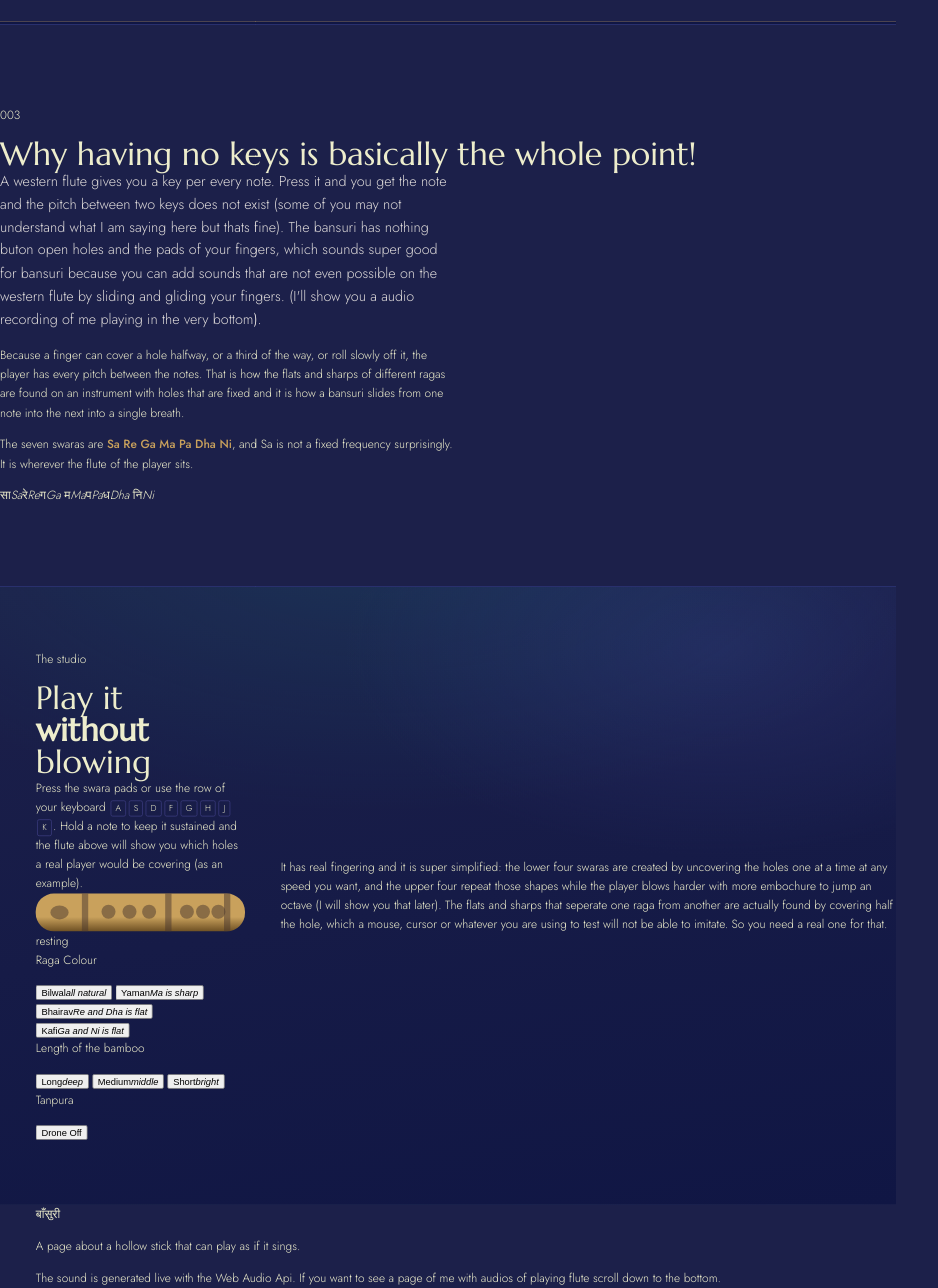
Repository: manayparikh1/Bansi
Page: index.html
These files come from the project's save history. The page is drawn as it stood at one moment and after the next save; the edit follows.
The browser window is 1280 px wide. The page is 1340 px wide, so the pictures cover 1340 px, including what lies to the right of the window. The pictures show the part of the page from y = 4208 to 6048 px (the page is 6048 px tall before and 5908 px after), at 70% of full size.

Above is the page before, as saved 2026-09-21 15:19:25.

After the next save:
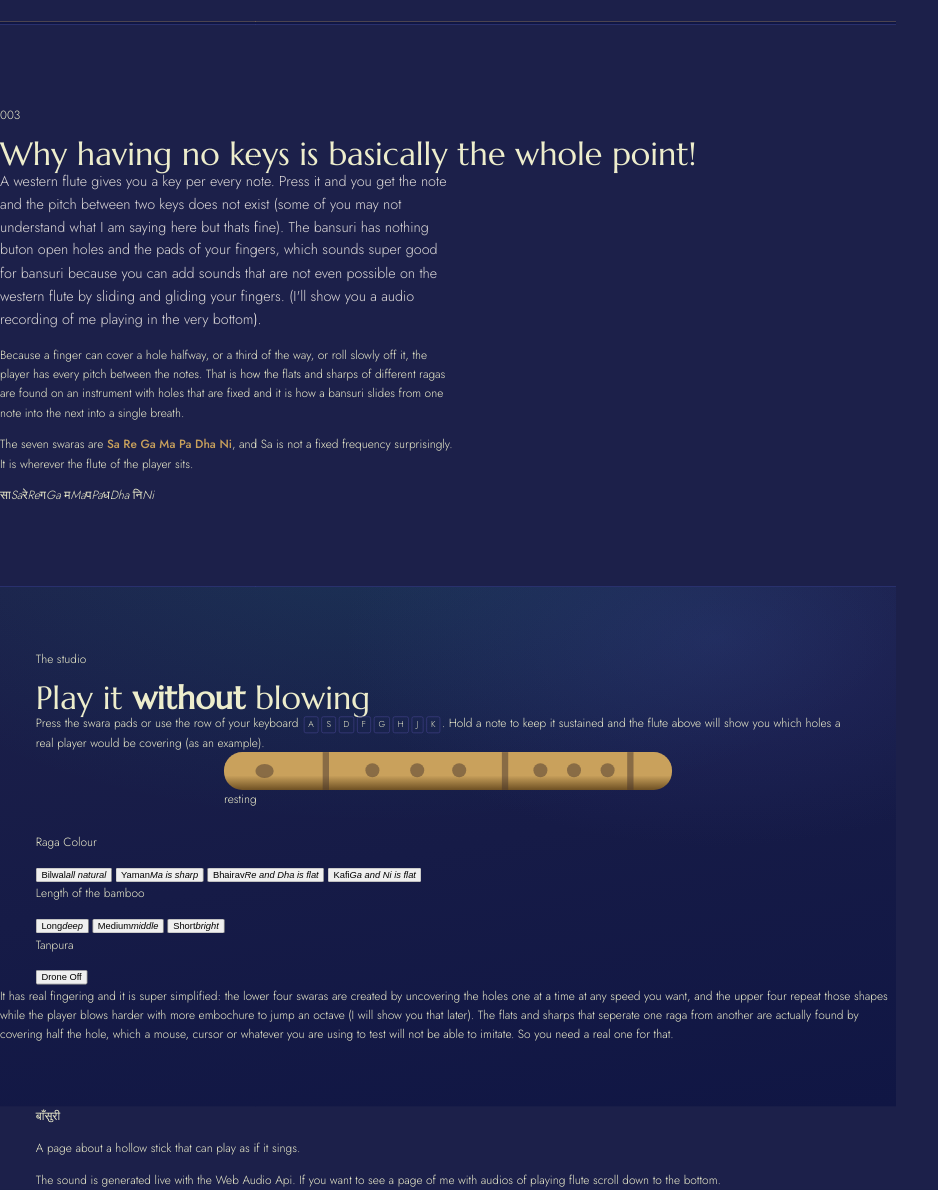
Saved 5 min 15 s later.
--- a/style.css
+++ b/style.css
@@ -211,6 +211,11 @@ h1 {
 }
 
 /*bambooo*/
+.instrument {
+    max-width: 640px;
+    margin: 0 auto 34px;
+}
+
 .tube {
     position: relative;
     border-radius: 26px;
@@ -435,7 +440,6 @@ h2 {
 .thestudio {
     min-height: 100vh;
     min-height: 100svh;
-    display: flex;
     align-items: center;
     padding: clamp(60px, 7vw, 100px) 0;
     background:
@@ -469,3 +473,7 @@ kbd {
     margin: 0 2px;
     color: var(--cream);
 }
+
+/* playable flute*/
+
+.instrument {}
